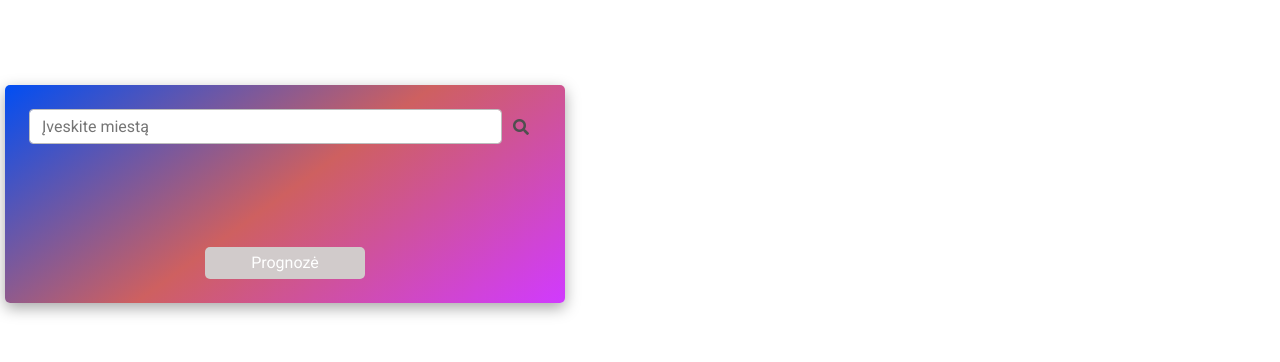
Repository: daxazz1/Weather-app
Page: index.html
These files come from the project's save history. The page is drawn as it stood at one moment and after the next save; the edit follows.
The browser window is 1280 px wide. The pictures show the whole page.
Some web fonts or font styles are not loaded; a fallback is used. Some web libraries are served in a nearby version.

Above is the page before, as saved 2021-11-08 12:32:20.

After the next save:
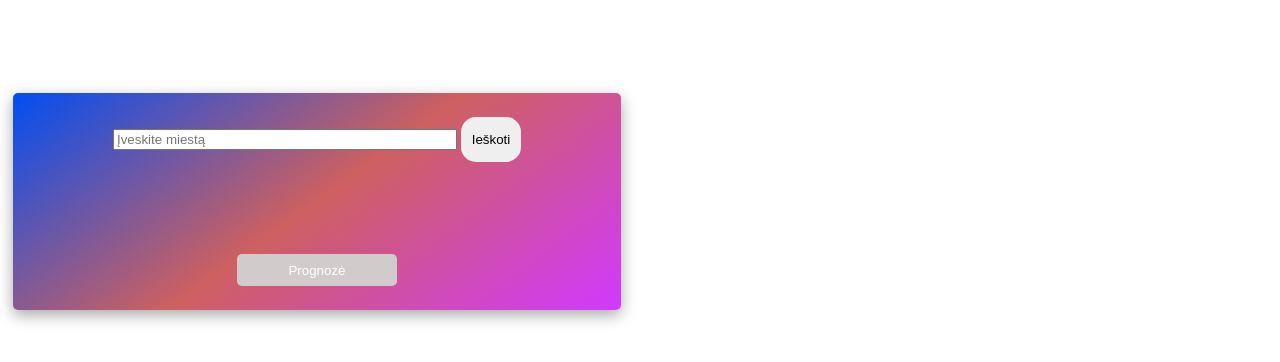
Saved 50 min 45 s later.
--- a/index.html
+++ b/index.html
@@ -7,26 +7,27 @@
     <title>Simple weather app</title>
     <link rel="stylesheet" href="style.css">
     <link rel="preconnect" href="https://fonts.googleapis.com">
-<link rel="preconnect" href="https://fonts.gstatic.com" crossorigin>
-<link href="https://fonts.googleapis.com/css2?family=Averia+Sans+Libre:wght@300&display=swap" rel="stylesheet">
-<link href="https://cdn.jsdelivr.net/npm/bootstrap@5.1.3/dist/css/bootstrap.min.css" rel="stylesheet" integrity="sha384-1BmE4kWBq78iYhFldvKuhfTAU6auU8tT94WrHftjDbrCEXSU1oBoqyl2QvZ6jIW3" crossorigin="anonymous">
+    <script src="resources/script.js" defer></script>
 
 
-<!-- Font Awesome -->
+
+
+<!-- Font Awesome
 <link
   href="https://cdnjs.cloudflare.com/ajax/libs/font-awesome/5.15.1/css/all.min.css"
   rel="stylesheet"
 />
-<!-- Google Fonts -->
+ Google Fonts
 <link
   href="https://fonts.googleapis.com/css?family=Roboto:300,400,500,700&display=swap"
   rel="stylesheet"
 />
-<!-- MDB -->
+ MDB
 <link
   href="https://cdnjs.cloudflare.com/ajax/libs/mdb-ui-kit/3.6.0/mdb.min.css"
   rel="stylesheet"
 />
+-->
 
 </head>
 <body>
@@ -36,11 +37,10 @@
 
     <div id="wrapper1">
 
-      <div class="input-group rounded">
-        <input id="city" type="search" class="form-control rounded" placeholder="Įveskite miestą" aria-label="Search"
-        aria-describedby="search-addon" required/>
-        <span id="search"  class="input-group-text border-0" id="search-addon">
-          <i class="fas fa-search"></i>
+      <div class="input">
+        <input id="city" placeholder="Įveskite miestą" required/>
+        <button id="search">Ieškoti</button>
+
         </span>
       </div>
           <p class="dt"> <span id="datetime"></span></p>
@@ -100,6 +100,6 @@
 
 </div>
 
-<script src="resources/script.js"></script>
+
 </body>
 </html>
